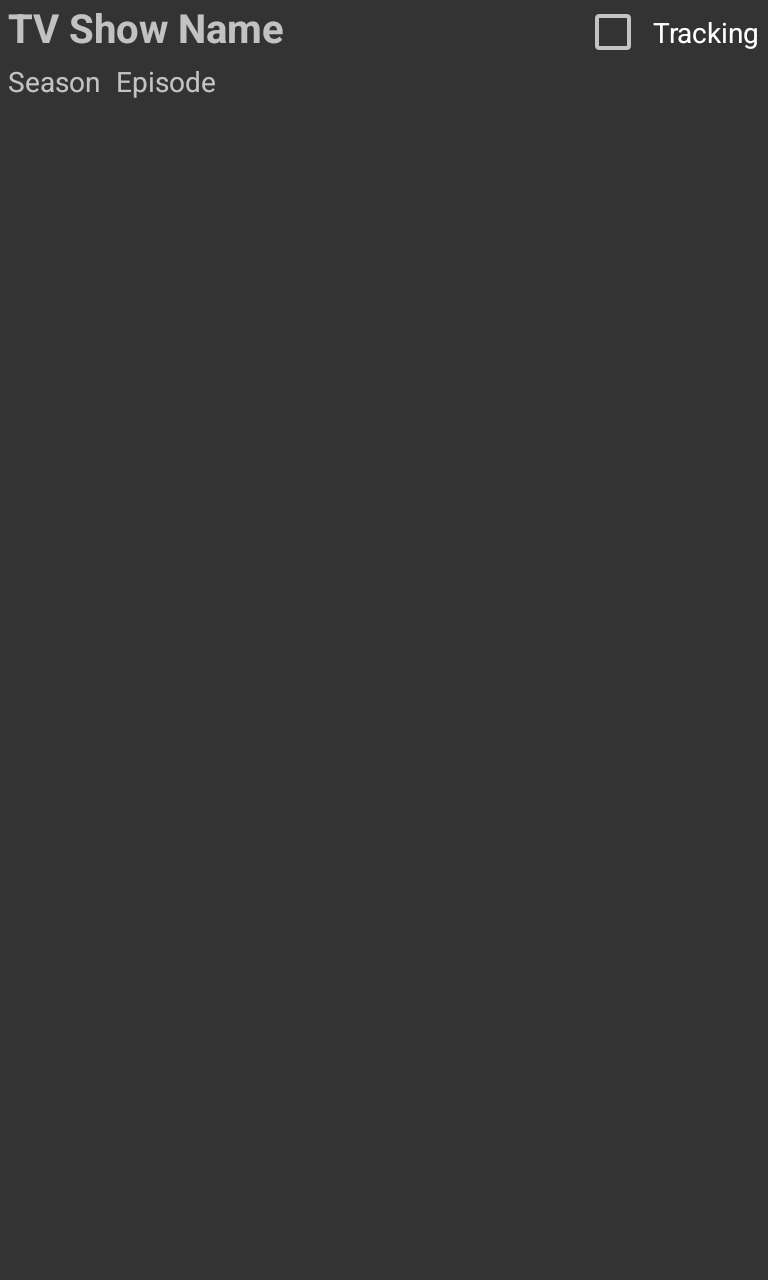
Repository: Jeedan/learning-android-apps
Layout: TvShowTracker/res/layout/list_item_tvshow.xml
The author's editor kept a copy of each file at every save. The layout is drawn from the files as they stood at one save, then again after the next save.
It is drawn on a 768 x 1280 px phone screen (xhdpi) without system bars, with theme AppTheme; the app's code is not run. The app's manifest (not shown) leaves right-to-left support off. So textAlignment, textDirection and layoutDirection are ignored, and left and right values win over start and end ones.

Above is the layout before, as saved 2014-10-29 14:50:51.

### TvShowTracker/res/layout/list_item_tvshow.xml
<?xml version="1.0" encoding="utf-8"?>
<RelativeLayout xmlns:android="http://schemas.android.com/apk/res/android"
    android:layout_width="match_parent"
    android:layout_height="wrap_content" >

    <TextView
        android:id="@+id/tv_Show_Name_Text_View"
        android:layout_width="match_parent"
        android:layout_height="wrap_content"
        android:textSize="20sp"
        android:textStyle="bold"
        android:paddingLeft="4dp"
        android:paddingRight="4dp"
        android:text="@string/tv_show_name"/>

    <CheckBox android:id="@+id/tracked_tv_show_check_box"
        android:layout_width="wrap_content"
        android:layout_height="wrap_content"
        android:layout_alignParentRight="true"
        android:layout_alignParentEnd="true"
        android:padding="4dp"
        android:enabled="true"
        android:focusable="false"
        android:text="@string/tracking_text_check_box"/>

	<TextView
        android:id="@+id/tv_Show_Season_Text_View"
        android:layout_width="wrap_content"
        android:layout_height="wrap_content"
        android:paddingLeft="4dp"
        android:paddingRight="4dp"
        android:paddingTop="4dp"
        android:layout_below="@id/tv_Show_Name_Text_View"
        android:text="@string/tv_show_season"/>

	<TextView
        android:id="@+id/tv_Show_Episode_Text_View"
        android:layout_width="wrap_content"
        android:layout_height="wrap_content"
        android:paddingLeft="4dp"
        android:paddingRight="4dp"
        android:paddingTop="4dp"
        android:layout_below="@id/tv_Show_Name_Text_View"
        android:layout_toEndOf="@id/tv_Show_Season_Text_View"
        android:layout_toRightOf="@id/tv_Show_Season_Text_View"
        android:text="@string/tv_show_episode_title"/>

</RelativeLayout>

### TvShowTracker/res/values-v21/styles.xml
<resources>

    <!--
        Base application theme for API 14+. This theme completely replaces
        AppBaseTheme from BOTH res/values/styles.xml and
        res/values-v11/styles.xml on API 14+ devices.
    -->
    <style name="AppBaseTheme" parent="@android:style/Theme.Material">
        <!-- API 21 theme customizations can go here. -->
     	<!-- Main theme colors -->
	    <!--   your app branding color for the app bar (Action bar_)-->
	    <item name="android:colorPrimary">@color/primary</item>
	    <!--   darker variant for the status bar and contextual app bars -->
	    <item name="android:colorPrimaryDark">@color/primary_dark</item>
	    <!--   theme UI controls like checkboxes and text fields -->
	    <item name="android:colorAccent">@color/accent</item>
	    <!--   winow background -->
	    <item name="android:windowBackground">@color/windowBackground</item>
	    <!--   Text but don't know if it is for all texts -->
	    <item name="android:textColorPrimary">@color/textColorPrimary_Light</item>
    </style>

        <!-- Application theme. -->
    <style name="AppTheme" parent="AppBaseTheme">
        </style>
</resources>

### TvShowTracker/res/values/colors.xml
<?xml version="1.0" encoding="utf-8"?>
<resources>
    <color name="accent">#FF9D00</color>

    <!--  example: season + episode + release date info text under Show Name -->
    <color name="show_subtitle_text_view_color">#368ABF</color>

    <color name="textColorPrimary">#ffffff</color>
    <color name="textColorPrimary_Light">#666666</color>

    <color name="windowBackground">#333333</color>

    <color name="primary">#1a1a1a</color>
    <color name="primary_dark">#000000</color>

</resources>

### TvShowTracker/res/values/strings.xml
<?xml version="1.0" encoding="utf-8"?>
<resources>

    <string name="app_name">TvShowTracker</string>
    <string name="app_all_shows">List of all available shows</string>
    <string name="app_calendar_title">Today\'s shows</string>
    <string name="action_settings">Settings</string>

    <string name="tv_show_name">TV Show Name</string>
    <string name="tv_show_season">Season</string>
    <string name="tv_show_episode_title">Episode</string>


    <string name="empty_list">There are no TV Shows in this list.</string>


    <string name="tracking_text_check_box">Tracking</string>

</resources>

Loaded but not shown: TvShowTracker/res/values/styles.xml (common file); TvShowTracker/res/values-v11/styles.xml (common file)

After the next save:
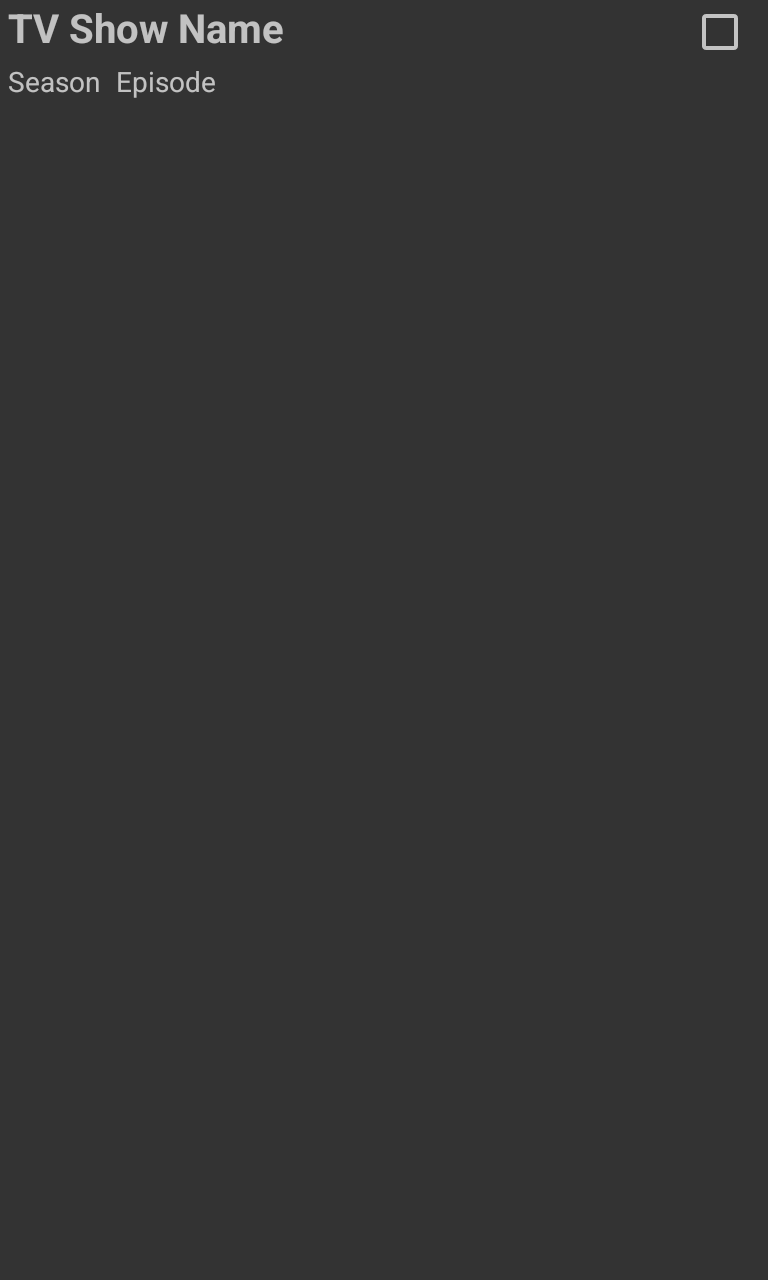
Saved 10 s later.
--- a/TvShowTracker/res/layout/list_item_tvshow.xml
+++ b/TvShowTracker/res/layout/list_item_tvshow.xml
@@ -21,7 +21,7 @@
         android:padding="4dp"
         android:enabled="true"
         android:focusable="false"
-        android:text="@string/tracking_text_check_box"/>
+        />
 
 	<TextView
         android:id="@+id/tv_Show_Season_Text_View"
